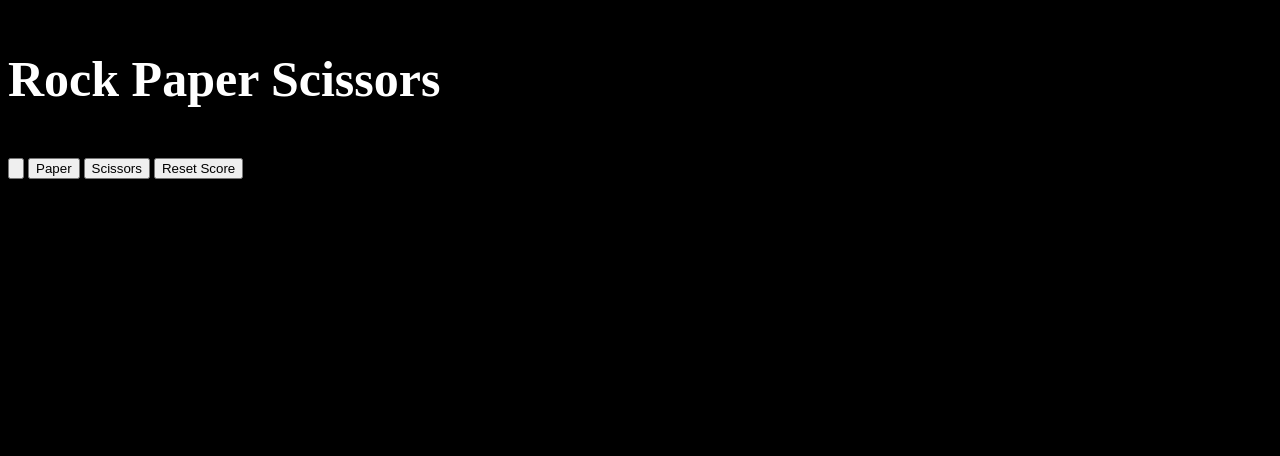
Repository: pgyunknown/Rock_paper_scissors-
Page: index.html
These files come from the project's save history. The page is drawn as it stood at one moment and after the next save; the edit follows.
The browser window is 1280 px wide. The pictures show the whole page.

Above is the page before, as saved 2024-08-30 16:58:03.

After the next save:
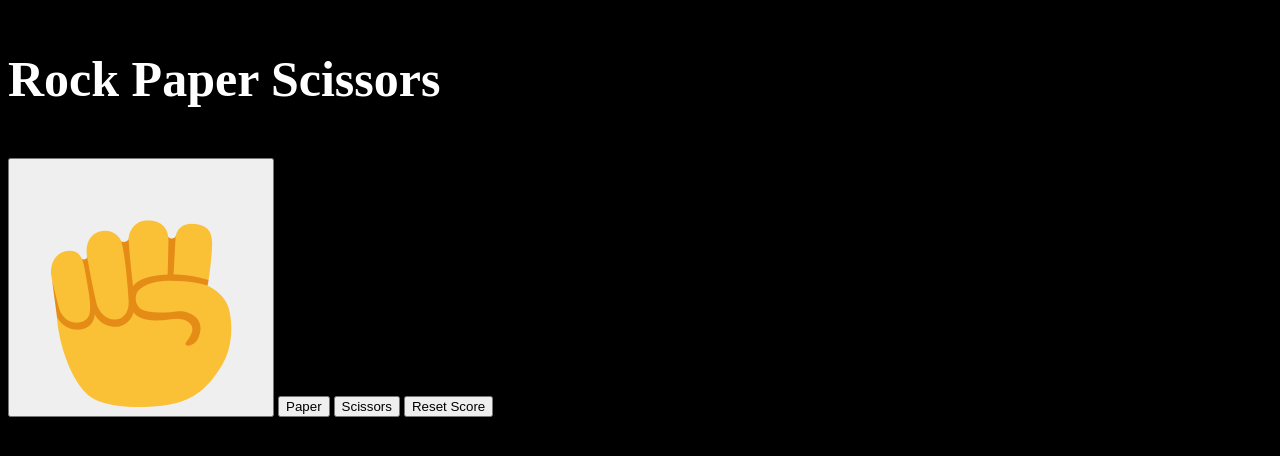
Saved 9 s later.
--- a/index.html
+++ b/index.html
@@ -9,7 +9,7 @@
     <p class="title">Rock Paper Scissors</p>
     <button onclick="
       playGame('rock');
-    "><img src="" alt=""></button>
+    "><img src="images/rock-emoji.png" alt=""></button>
 
     <button onclick="
       playGame('paper');
